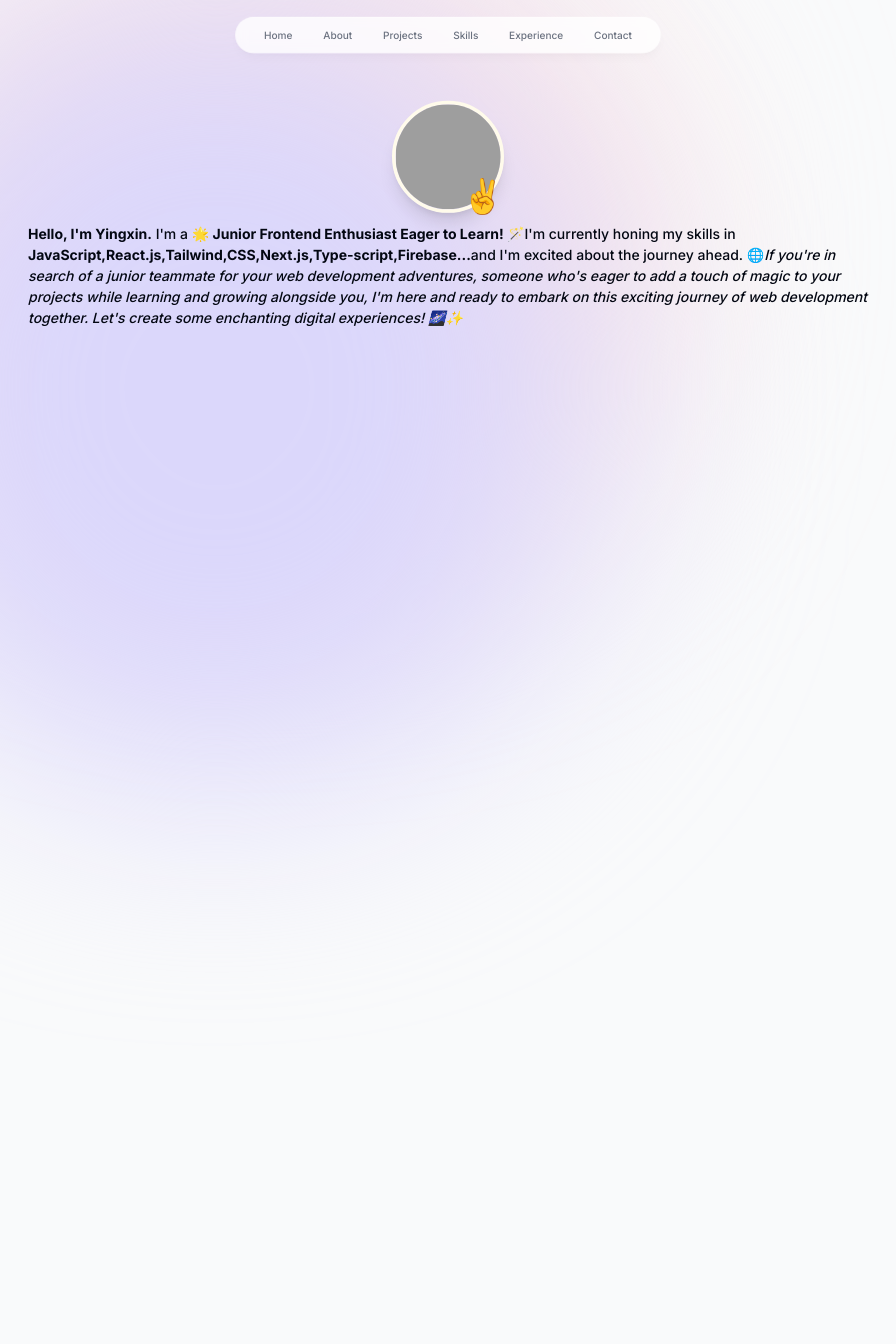
Repository: Tracy-maker/portfolio_website
Page: /
These files come from the project's save history. The page is drawn as it stood at one moment and after the next save; the edit follows.
The browser window is 1280 px wide. The pictures show the part of the page from y = 0 to 1920 px (the page is 5000 px tall), at 70% of full size.
Pictures or frames that could not be fetched are drawn as grey boxes. The project was rebuilt for these pictures with package versions that can differ from the ones it lists, and the page was loaded fresh each time. The framework's server and built-in components were replaced by stand-ins that run in the browser. Also part of the build but not shown: next.config.js.

Above is the page before, as saved 2023-10-02 18:04:58.

### app/layout.tsx
import Header from "@/components/header";
import "./globals.css";
import type { Metadata } from "next";
import { Inter } from "next/font/google";

const inter = Inter({ subsets: ["latin"] });

export const metadata: Metadata = {
  title: "Yingxin_Zhang | Portfolio",
  description: "Yingxin_Zhang is a front-end developer",
};

export default function RootLayout({
  children,
}: {
  children: React.ReactNode;
}) {
  return (
    <html lang="en">
      <body
        className={`${inter.className} bg-gray-50 text-gray-950 relative h-[5000px] pt-28 sm:pt-36`}
      >
        <div className="bg-[#fbe2e3] absolute top-[-6rem] -z-10 right-[21rem] h-[56.25rem] w-[31.25rem] rounded-full blur-[10rem] sm:w-[68.75rem]"></div>
        <div className="bg-[#dbd7fb] absolute top-[-1rem] -z-10 left-[-45rem] h-[71.25rem] w-[-30rem] rounded-full blur-[10rem] sm:w-[68.75rem] md:left-[-33rem] lg:left-[-28rem] xl:left-[-15rem] 2xl:left-[-5rem]"></div>
        <Header />
        {children}
      </body>
    </html>
  );
}

### app/page.tsx
import Intro from "@/components/intro";
import Image from "next/image";

export default function Home() {
  return (
    <main className="">
      <Intro />
    </main>
  );
}

### components/header.tsx
"use client";
import { motion } from "framer-motion";
import { links } from "@/lib/data";
import Link from "next/link";

export default function Header() {
  return (
    <header className="z-[999] relative">
      <motion.div
        className="fixed top-0 left-1/2 h-[4.5rem] w-full
        rounded-none border border-white border-opacity-40
        bg-white bg-opacity-80 shadow-lg shadow-black/[0.03]
        backdrop-blur-[0.5rem] sm:top-6 sm:h-[3.25rem] sm:w-[38rem] sm:rounded-full"
        initial={{ y: -100, x: "-50%", opacity: 0 }}
        animate={{ y: 0, x: "-50%", opacity: 1 }}
      ></motion.div>

      <nav className="flex fixed top-[0.15rem] left-1/2 h-12 -translate-x-1/2 py-2 sm:top-[1.7rem] sm:h-[initial] sm:py-0">
        <ul className="flex w-[22rem] flex-wrap items-center justify-center gap-y-1 text-[0.9rem] font-medium text-gray-500 sm:w-[initial] sm:flex-nowrap sm:gap-5">
          {links.map((link) => (
            <motion.li
              className="h-3/4 flex items-center justify-center relative"
              key={link.hash}
              initial={{ y: -100, opacity: 0 }}
              animate={{ y: 0, opacity: 1 }}
            >
              <Link
                className="flex w-full items-center justify-center px-3 py-3 hover:text-gray-950 transition"
                href={link.hash}
              >
                {link.name}
              </Link>
            </motion.li>
          ))}
        </ul>
      </nav>
    </header>
  );
}

### components/intro.tsx
"use client";

import Image from "next/image";
import React from "react";
import { motion } from "framer-motion";

export default function Intro() {
  return (
    <section>
      <div className="flex items-center justify-center">
        <div className="relative">
          <motion.div
            initial={{ opacity: 0, scale: 0 }}
            animate={{ opacity: 1, scale: 1 }}
            transition={{
              type: "tween",
              duration: 0.2,
            }}
          >
            <Image
              src="https://i.ibb.co/MRHHtS5/Wechat-IMG7.jpg"
              alt="Personal image"
              width="300"
              height="300"
              quality="90"
              priority={true}
              className="h-40 w-40 rounded-full object-cover border-[0.35rem] border-amber-50 shadow-xl"
            />
          </motion.div>

          <motion.span
            className="absolute bottom-0 right-0 text-5xl"
            initial={{ opacity: 0, scale: 0 }}
            animate={{ opacity: 1, scale: 1 }}
            transition={{
              type: "spring",
              stiffness: 125,
              delay: 0.1,
              duration: 0.7,
            }}
          >
            ✌️
          </motion.span>
        </div>
      </div>
      <motion.h6
        className="mb-10 mt-4 px-10 text-l font-medium !leading-[1.5] sm:text-xl"
        initial={{ opacity: 0, y: 100 }}
        animate={{ opacity: 1, y: 0 }}
      >
        <span className="font-bold">Hello, I'm Yingxin.</span> I'm a{" "}
        <span className="font-bold">
          🌟 Junior Frontend Enthusiast Eager to Learn! 🪄
        </span>
         I'm currently honing my skills in
        <span className="font-bold">
          {""} JavaScript,React.js,Tailwind,CSS,Next.js,Type-script,Firebase...
        </span>
        and I'm excited about the journey ahead. 🌐
        {""}
        <span className="italic">
          If you're in search of a junior teammate for your web development
          adventures, someone who's eager to add a touch of magic to your
          projects while learning and growing alongside you, I'm here and ready
          to embark on this exciting journey of web development together. Let's
          create some enchanting digital experiences! 🌌✨
        </span>
      </motion.h6>
    </section>
  );
}

### lib/data.ts
import React from "react";
import { CgWorkAlt } from "react-icons/cg";
import { FaReact } from "react-icons/fa";
import { LuGraduationCap } from "react-icons/lu";
import p1Img from "@/public/p1.png";
import p2Img from "@/public/p2.png";
import p3Img from "@/public/p3.png";

export const links = [
  {
    name: "Home",
    hash: "#home",
  },
  {
    name: "About",
    hash: "#about",
  },
  {
    name: "Projects",
    hash: "#projects",
  },
  {
    name: "Skills",
    hash: "#skills",
  },
  {
    name: "Experience",
    hash: "#experience",
  },
  {
    name: "Contact",
    hash: "#contact",
  },
] as const;

export const experiencesData = [
  {
    title: "Graduated bootcamp",
    location: "Miami, FL",
    description:
      "I graduated after 6 months of studying. I immediately found a job as a front-end developer.",
    icon: React.createElement(LuGraduationCap),
    date: "2019",
  },
  {
    title: "Front-End Developer",
    location: "Orlando, FL",
    description:
      "I worked as a front-end developer for 2 years in 1 job and 1 year in another job. I also upskilled to the full stack.",
    icon: React.createElement(CgWorkAlt),
    date: "2019 - 2021",
  },
  {
    title: "Full-Stack Developer",
    location: "Houston, TX",
    description:
      "I'm now a full-stack developer working as a freelancer. My stack includes React, Next.js, TypeScript, Tailwind, Prisma and MongoDB. I'm open to full-time opportunities.",
    icon: React.createElement(FaReact),
    date: "2021 - present",
  },
] as const;

export const projectsData = [
  {
    title: "CorpComment",
    description:
      "I worked as a full-stack developer on this startup project for 2 years. Users can give public feedback to companies.",
    tags: ["React", "Next.js", "MongoDB", "Tailwind", "Prisma"],
    imageUrl: p1Img,
  },
  {
    title: "rmtDev",
    description:
      "Job board for remote developer jobs. I was the front-end developer. It has features like filtering, sorting and pagination.",
    tags: ["React", "TypeScript", "Next.js", "Tailwind", "Redux"],
    imageUrl: p2Img,
  },
  {
    title: "Word Analytics",
    description:
      "A public web app for quick analytics on text. It shows word count, character count and social media post limits.",
    tags: ["React", "Next.js", "SQL", "Tailwind", "Framer"],
    imageUrl: p3Img,
  },
] as const;

export const skillsData = [
  "HTML",
  "CSS",
  "JavaScript",
  "TypeScript",
  "React",
  "Next.js",
  "Git",
  "MUI-material",
  "Tailwind",
  "REST-API",
  "PostgreSQL",
  "Framer Motion",
] as const;

Loaded but not shown: app/globals.css (common file); tailwind.config.ts (common file)

After the next save:
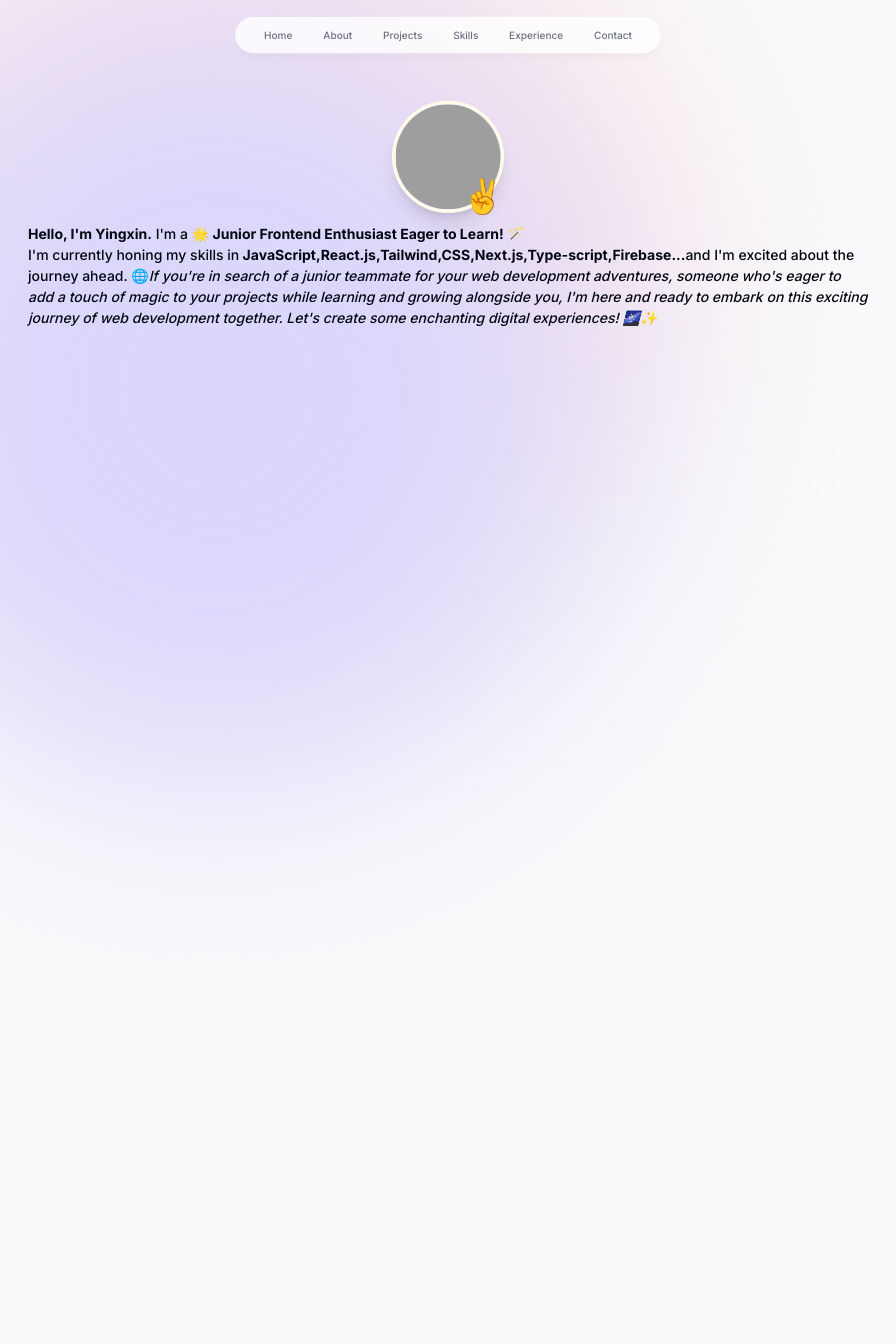
Saved 12 s later.
--- a/components/intro.tsx
+++ b/components/intro.tsx
@@ -51,7 +51,7 @@ export default function Intro() {
         <span className="font-bold">Hello, I'm Yingxin.</span> I'm a{" "}
         <span className="font-bold">
           🌟 Junior Frontend Enthusiast Eager to Learn! 🪄
-        </span>
+        </span><br/>
          I'm currently honing my skills in
         <span className="font-bold">
           {""} JavaScript,React.js,Tailwind,CSS,Next.js,Type-script,Firebase...
